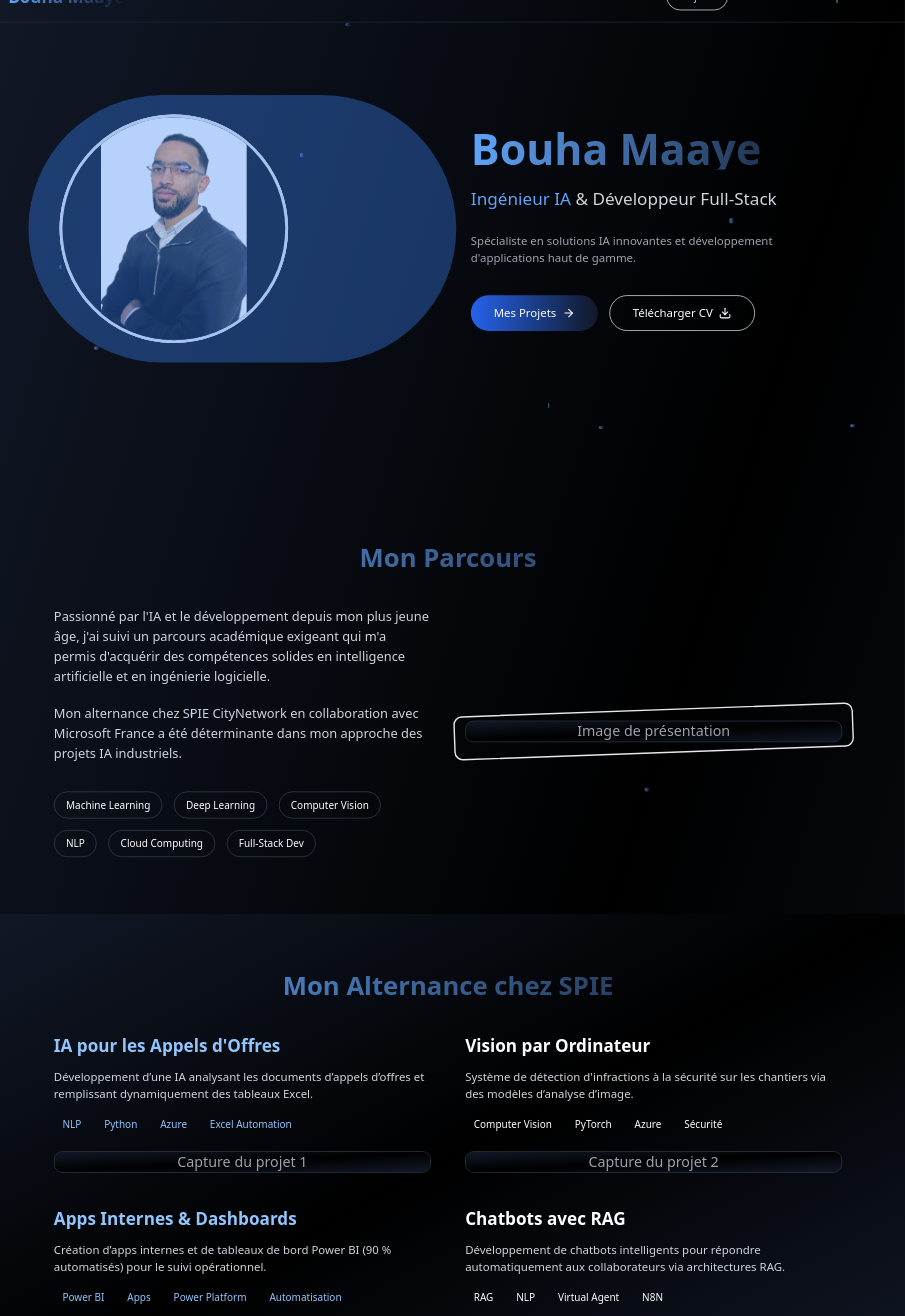
Repository: BouhaMaaye/portfolio
Page: /
The author's editor kept a copy of each file at every save. The page is drawn from the files as they stood at one save, then again after the next save.
The browser window is 1280 px wide. The page is 1293 px wide, so the pictures cover 1293 px, including what lies to the right of the window. The pictures show the part of the page from y = 0 to 1880 px (the page is 4075 px tall before and 4764 px after), at 70% of full size.
The project was rebuilt for these pictures with package versions that can differ from the ones it lists, and the page was loaded fresh each time.

Above is the page before, as saved 2025-05-05 12:25:36.

After the next save:
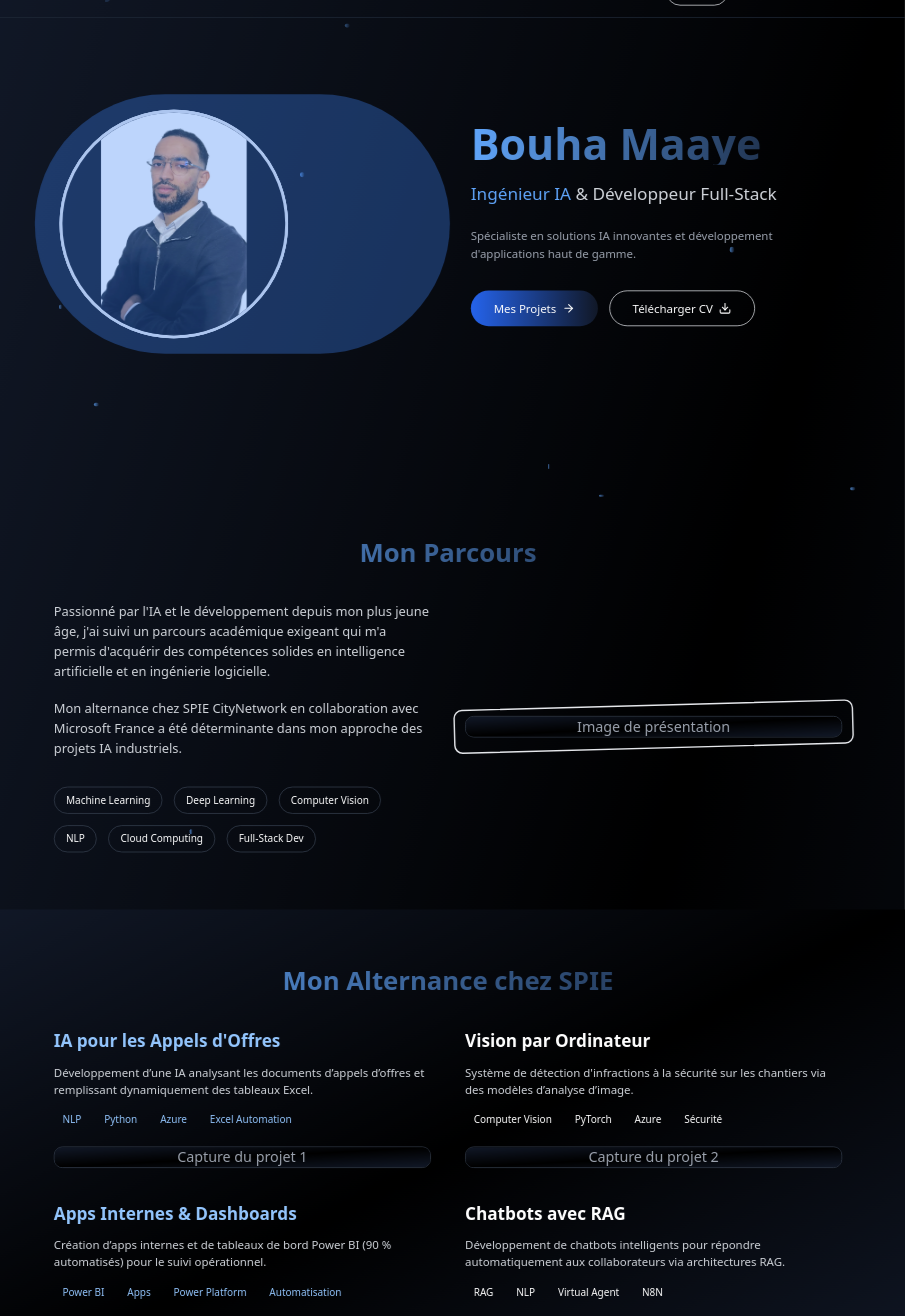
Saved 2 min 48 s later.
--- a/src/App.js
+++ b/src/App.js
@@ -408,7 +408,18 @@ function App() {
                 <div className="absolute -inset-1 bg-gradient-to-r from-blue-600 to-cyan-500 rounded-xl blur opacity-0 group-hover:opacity-30 transition duration-500"></div>
                 <div className="relative h-full bg-gray-900/70 backdrop-blur-sm border border-gray-800 rounded-xl overflow-hidden hover:border-blue-400/30 transition-all duration-300 flex flex-col">
                 <div className="relative aspect-video overflow-hidden bg-gray-900 rounded-xl flex items-center justify-center">
-  {project.image ? (
+  {project.images && project.images.length > 0 ? (
+    <div className="flex flex-row gap-2 overflow-x-auto p-4 w-full h-full">
+      {project.images.map((img, idx) => (
+        <img
+          key={idx}
+          src={img}
+          alt={`${project.title} ${idx + 1}`}
+          className="h-full object-contain rounded-lg"
+        />
+      ))}
+    </div>
+  ) : project.image ? (
     <img
       src={project.image}
       alt={project.title}
@@ -420,6 +431,7 @@ function App() {
     </div>
   )}
 </div>
+
 
 
                   <div className="p-6 flex-1 flex flex-col">
